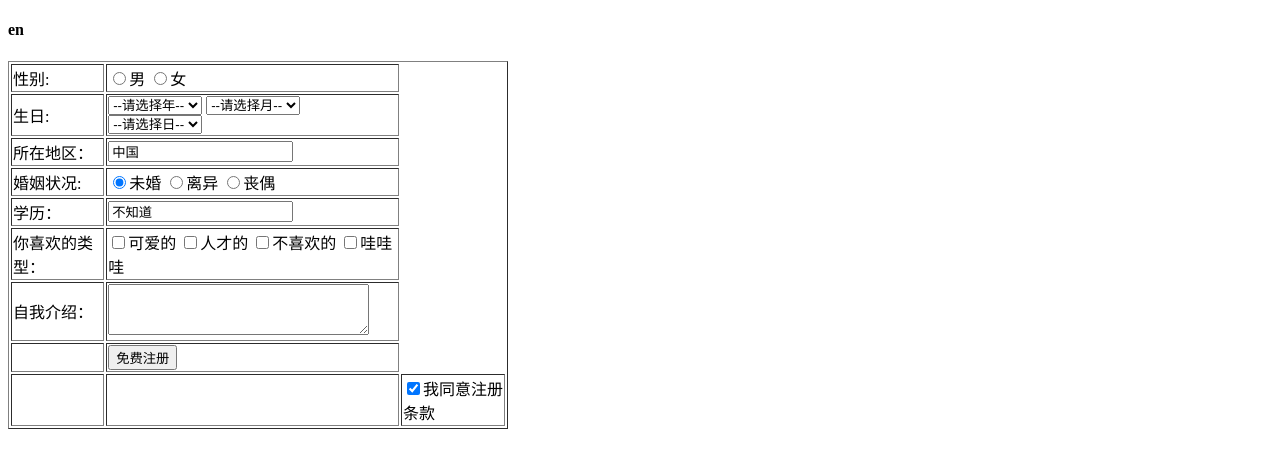
Repository: Qwenicq/My_project
Page: html/HTML_learning/exampl.html
The author's editor kept a copy of each file at every save. The page is drawn from the files as they stood at one save, then again after the next save.
The browser window is 1280 px wide. The pictures show the whole page.

Above is the page before, as saved 2023-03-29 22:03:19.

After the next save:
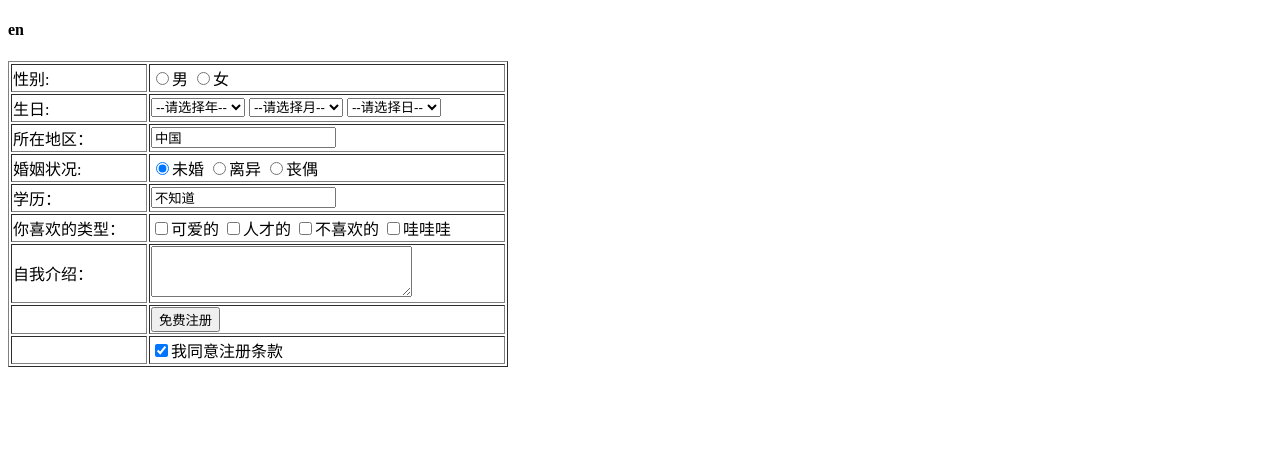
Saved 22 s later.
--- a/html/HTML_learning/exampl.html
+++ b/html/HTML_learning/exampl.html
@@ -86,10 +86,9 @@
             <td><input type="submit" value="免费注册"></td>
         </tr>
         <tr>
-            <td>
+
               <td></td>
               <td><input type="checkbox" checked="checked" value="">我同意注册条款</td>
-            </td>
         </tr>
     </table>
 </body>
